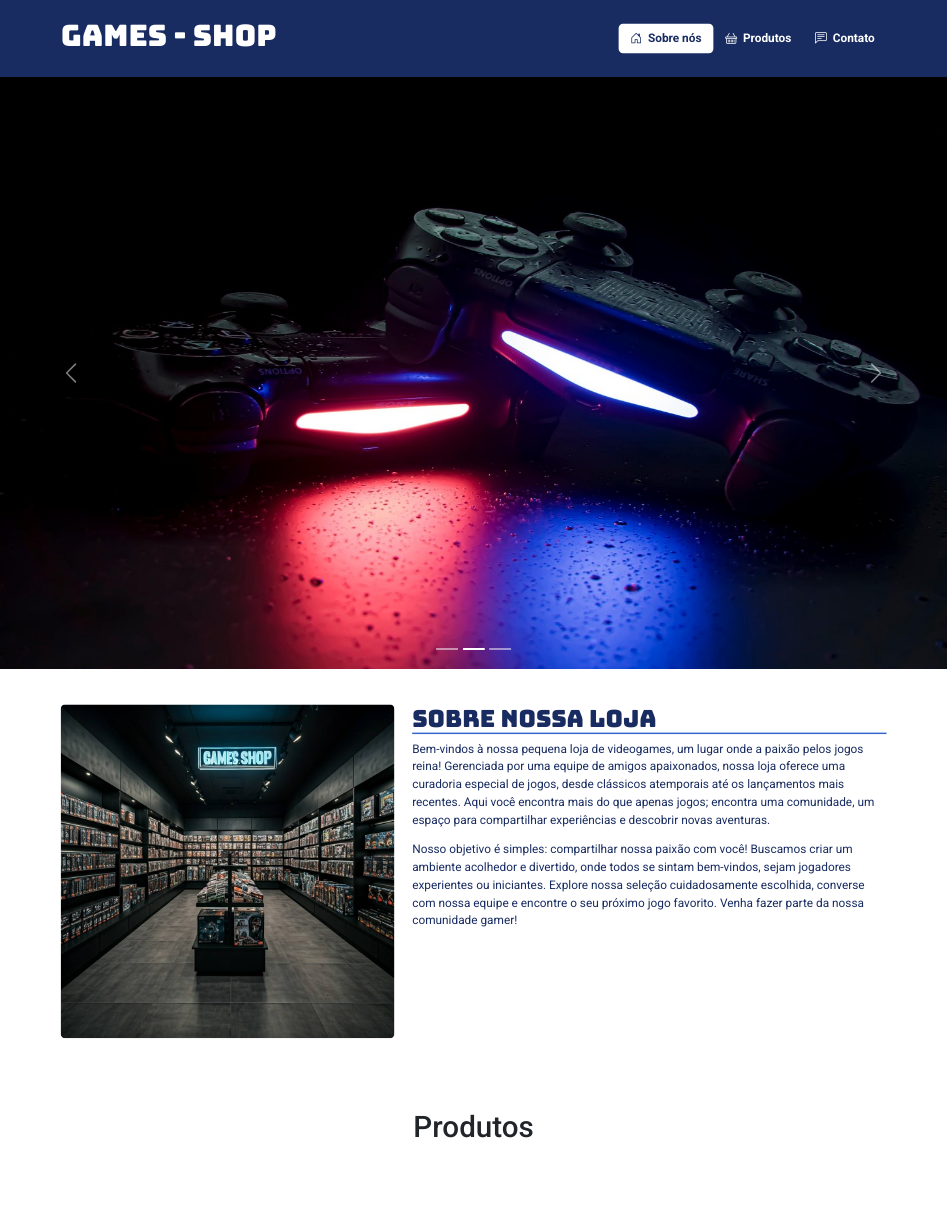
Repository: MatiasBrighent/GamesShop-Bootstrap
Page: index.html
These files come from the project's save history. The page is drawn as it stood at one moment and after the next save; the edit follows.
The browser window is 1280 px wide. The pictures show the whole page, at 74% of full size.

Above is the page before, as saved 2025-06-20 15:00:53.

### index.html
<!DOCTYPE html>
<html lang="en">
<head>
    <meta charset="UTF-8">
    <meta name="viewport" content="width=device-width, initial-scale=1.0">
    <title>Games - Shop</title>
    <link rel="stylesheet" href="https://cdn.jsdelivr.net/npm/bootstrap@5.3.7/dist/css/bootstrap.min.css">
    <link rel="stylesheet" href="https://cdn.jsdelivr.net/npm/bootstrap-icons@1.13.1/font/bootstrap-icons.min.css">
    <link rel="preconnect" href="https://fonts.googleapis.com">
    <link rel="preconnect" href="https://fonts.gstatic.com" crossorigin>
    <link href="https://fonts.googleapis.com/css2?family=Bungee&family=Roboto:ital,wght@0,100..900;1,100..900&display=swap" rel="stylesheet">
    <link rel="stylesheet" href="style.css">
</head>
<body>
    <header class="navbar navbar-expand-lg  sticky-top p-4" id="header">
        <div class="container">
            <h1>Games - Shop</h1>
            <button type="button" class="navbar-toggler" data-bs-toggle="collapse" data-bs-target="#menu-nav">
                <span class="navbar-toggler-icon text-colored"></span>
            </button>
            <nav id="menu-nav" class="navbar-collapse collapse justify-content-end">
                <ul class="nav nav-pills d-block d-md-flex ">
                    <li class="nav-item fw-bold ">
                        <a class="nav-link " href="#sobre">
                            <i class="bi bi-house-door me-1"></i>
                            Sobre nós
                        </a>
                    </li>
                    <li  class="nav-item fw-bold">
                        <a class="nav-link" href="#">
                            <i class="bi bi-basket me-1"></i>
                            Produtos
                        </a>
                    </li>
                    <li  class="nav-item fw-bold">
                        <a class="nav-link" href="#">
                            <i class="bi bi-chat-left-text me-1"></i>
                            Contato
                        </a>
                    </li>
            </nav>
        </div>
    </header>
    <div data-bs-spy="scroll" data-bs-target="header" data-bs-smooth-scrool="true">
        <section id="sobre">
            <div class="carousel slide" data-bs-ride="carousel" id="carousel">
                <div class="carousel-inner">
                    <div class="carousel-item active" data-bs-interval="3000">
                        <img class="w-100 " src="./images/slide/gameplay.jpg" alt="Gameplay de GTA V">
                    </div>
                    <div class="carousel-item active" data-bs-interval="3000">
                        <img class="w-100 " src="./images/slide/teclado+controle.jpg" alt="Teclado e um controle">
                    </div>
                    <div class="carousel-item active" data-bs-interval="3000">
                        <img class="w-100 " src="./images/slide/controles.jpg" alt="Dois controles de PS4">
                    </div>
                </div>
                <button type="button" class="carousel-control-prev" data-bs-target="#carousel" data-bs-slide="prev">
                    <span class="carousel-control-prev-icon"></span>
                </button>
                <button type="button" class="carousel-control-next" data-bs-target="#carousel" data-bs-slide="next">
                    <span class="carousel-control-next-icon"></span>
                </button>
                <div class="carousel-indicators">
                    <button type="button" data-bs-target="#carousel" data-bs-slide-to="0" class="active"></button>
                    <button type="button" data-bs-target="#carousel" data-bs-slide-to="1"></button>
                    <button type="button" data-bs-target="#carousel" data-bs-slide-to="2"></button>
                </div>
            </div>
            <div class="pt-5 pb-5">
                <div class="container">
                    <div class="row">
                        <div class="col-md-5">
                            <img src="images/Games-Shop.jpg" class="d-block w-100 rounded" alt="foto da nossa loja">
                        </div>
                        <div class="col-md-7 ">
                            <h2 class=" tittle  mt-md-0 text-colored">Sobre nossa loja</h2>
                            <p class="text-colored">
                                Bem-vindos à nossa pequena loja de videogames, um lugar onde a paixão pelos jogos reina! Gerenciada por uma equipe de amigos apaixonados, nossa loja oferece uma curadoria especial de jogos, desde clássicos atemporais até os lançamentos mais recentes. Aqui você encontra mais do que apenas jogos; encontra uma comunidade, um espaço para compartilhar experiências e descobrir novas aventuras.
                            </p>
                            <p class="text-colored">
                                Nosso objetivo é simples: compartilhar nossa paixão com você! Buscamos criar um ambiente acolhedor e divertido, onde todos se sintam bem-vindos, sejam jogadores experientes ou iniciantes. Explore nossa seleção cuidadosamente escolhida, converse com nossa equipe e encontre o seu próximo jogo favorito. Venha fazer parte da nossa comunidade gamer!
                            </p>
                        </div>
                    </div>
                </div>
            </div>
        </section>
        <section id="produtos" class="pt-5 pb-5">
            <div class="container">
                <div class="row">
                    <h1 class="text-center mb-5">Produtos</h1>
                </div>

            </div>
        </section>

    </div>

    <script src="https://cdn.jsdelivr.net/npm/bootstrap@5.3.7/dist/js/bootstrap.bundle.min.js"></script>
</body>
</html>

### style.css
body{
    font-family: Roboto, sans-serif;
}

header h1{
    font-family: Bungee;
    color: #fff;
}

.tittle{
    font-family: Bungee;
    color: #182c61;
    border-bottom: 2px solid #3564ca;
}



.text-colored{
    color: #182c61;
}


#header{
    background-color: #182c61;
}

#header .nav .nav-link.active{
    background-color: #fff;
    color: #182c61;
}

#header .nav .nav-link,
#header h1{
    color: #fff;
}

.navbar-toggler{
    background-color: #fff;
}

.carousel-item img{
    height: 800px;
}

After the next save:
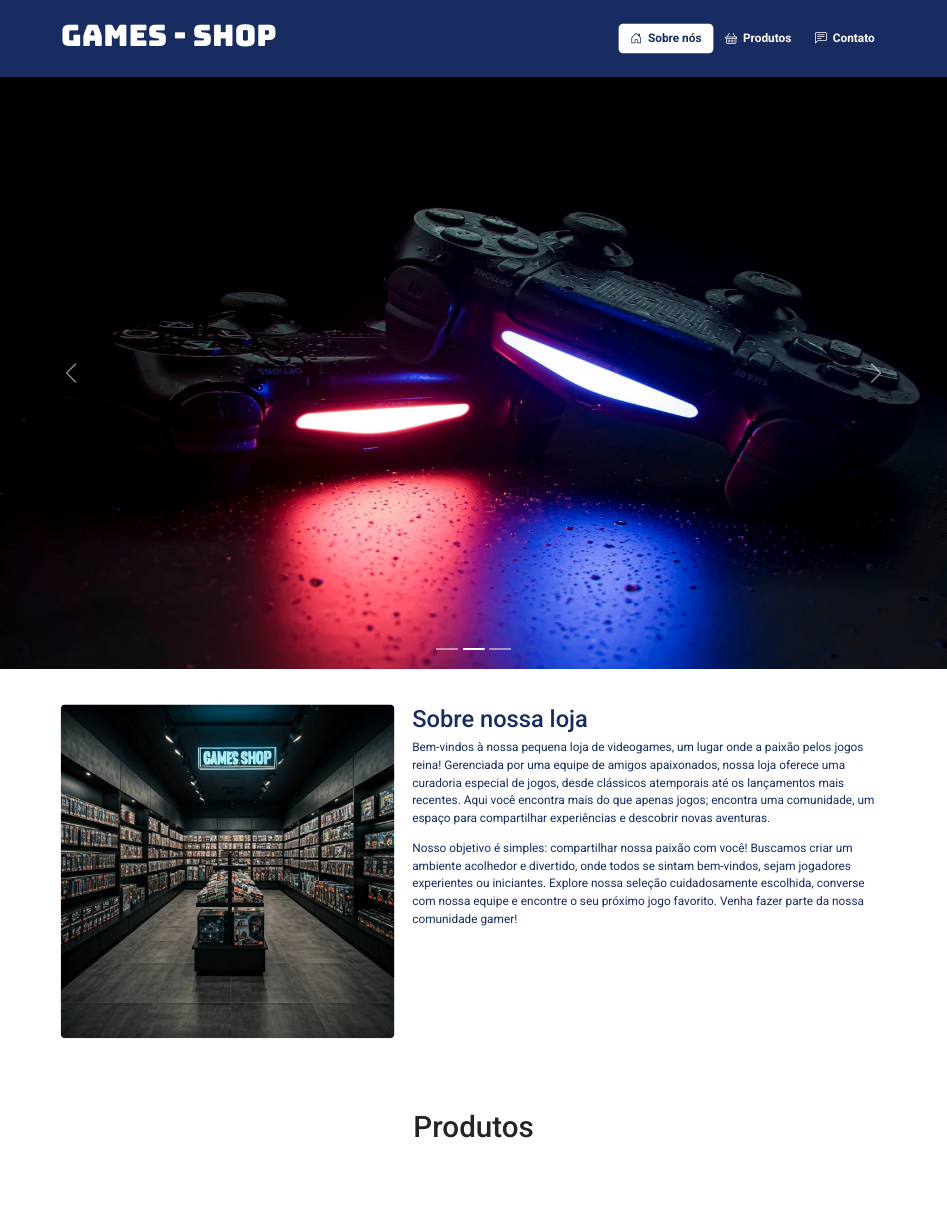
Saved 51 s later.
--- a/index.html
+++ b/index.html
@@ -74,7 +74,7 @@
                             <img src="images/Games-Shop.jpg" class="d-block w-100 rounded" alt="foto da nossa loja">
                         </div>
                         <div class="col-md-7 ">
-                            <h2 class=" tittle  mt-md-0 text-colored">Sobre nossa loja</h2>
+                            <h2 class=" title  mt-md-0 text-colored">Sobre nossa loja</h2>
                             <p class="text-colored">
                                 Bem-vindos à nossa pequena loja de videogames, um lugar onde a paixão pelos jogos reina! Gerenciada por uma equipe de amigos apaixonados, nossa loja oferece uma curadoria especial de jogos, desde clássicos atemporais até os lançamentos mais recentes. Aqui você encontra mais do que apenas jogos; encontra uma comunidade, um espaço para compartilhar experiências e descobrir novas aventuras.
                             </p>

After the save that followed:
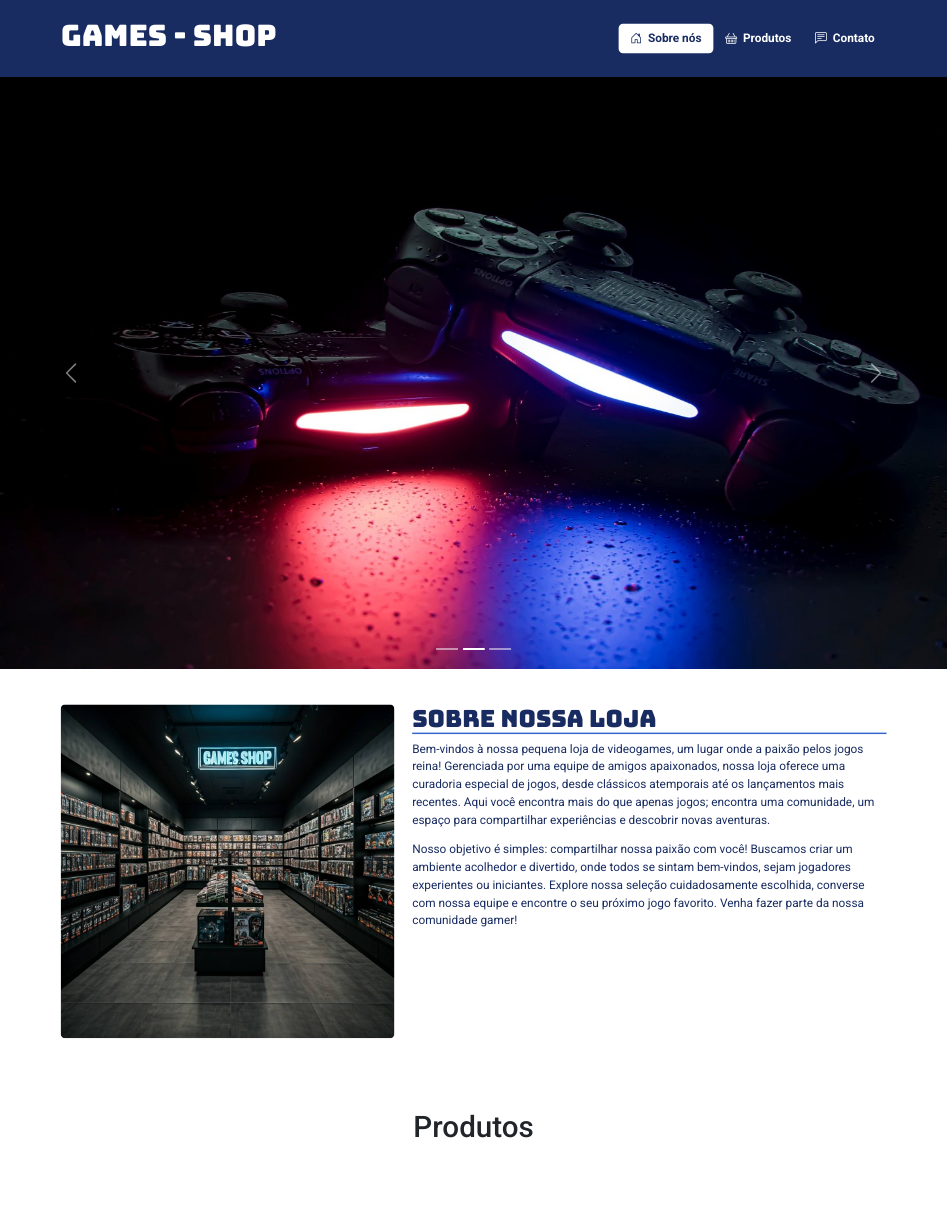
Saved 2 s later.
--- a/style.css
+++ b/style.css
@@ -7,13 +7,15 @@
     color: #fff;
 }
 
-.tittle{
+.section-title{
+
+}
+
+.title{
     font-family: Bungee;
     color: #182c61;
     border-bottom: 2px solid #3564ca;
 }
-
-
 
 .text-colored{
     color: #182c61;
